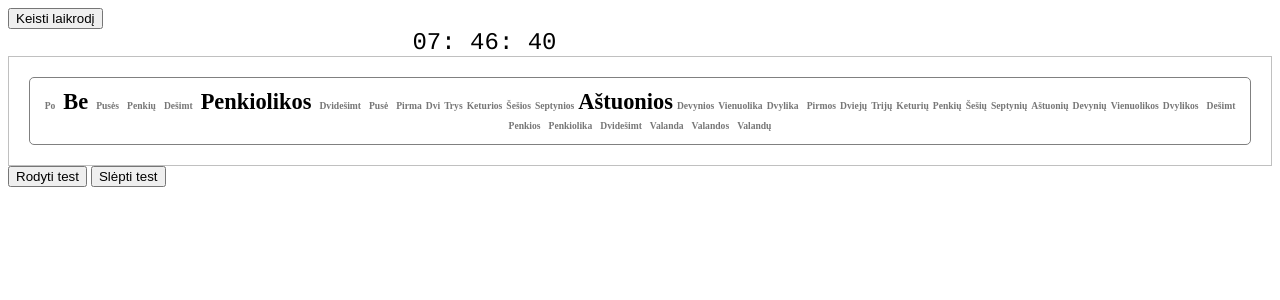
Repository: Skaidrius/WordClock
Page: index.html
The author's editor kept a record of every edit. The page is drawn from the files as they stood at one moment, then again after the next edit.
The browser window is 1280 px wide. The pictures show the whole page.
Some web libraries are served in a nearby version.

Above is the page before.

After the next edit:
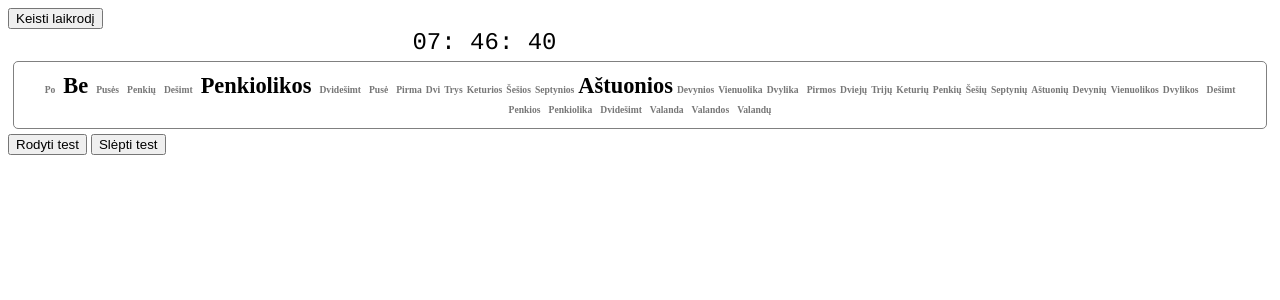
The edit:
--- a/style.css
+++ b/style.css
@@ -1,9 +1,5 @@
 #clck-bgr {
     text-align: center;
-    width: auto;
-    height: auto;
-    padding: 15px;
-    border: 1px solid silver;
 }
 
 #clck-bgr-1 {
